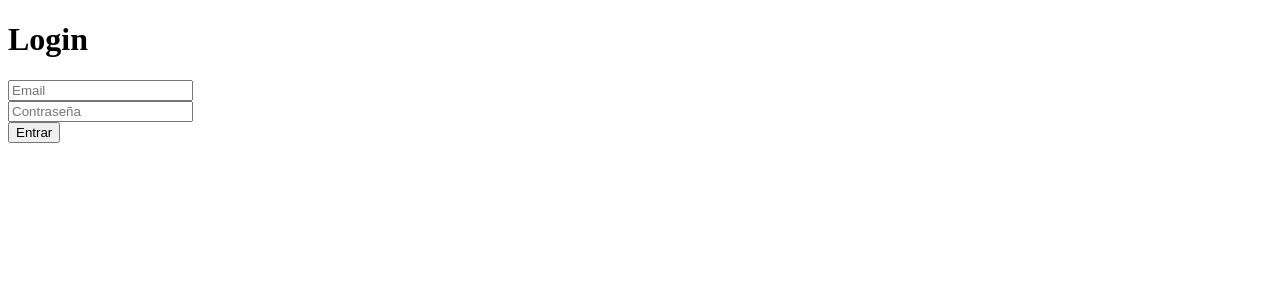
Repository: LazaroRicardo/WORKSPACE
Page: http://localhost/ProyectoMVC2/login.jsp
An editor plug-in stored every save of this project. The page is shown before and after the next save, followed by the edit.
The browser window is 1280 px wide. The pictures show the whole page.
The page is served by Tomcat 9. Other server files are loaded and not shown.

Above is the page before, as saved 2018-11-14 09:33:06.

### javaweb/ProyectoMVC2/WebContent/login.jsp
<%@ page language="java" contentType="text/html; charset=UTF-8"
    pageEncoding="UTF-8"%>
<!DOCTYPE html>
<html>
<head>
<meta charset="UTF-8">
<title>Insert title here</title>
</head>
<body>

	<h1>Login</h1>
	<form action="">
		<div><input type="email" placeholder="Email" id="" name="" required /></div>
		<div><input type="password" placeholder="Contraseña" id="" name="" required /></div>
		<div>
			<button>Entrar</button>
		</div>
	</form>

</body>
</html>

### javaweb/ProyectoMVC2/WebContent/css/style.css
body{
	margin:0;
	padding:0;
	font-family:verdana;
	font-size:30px;
	display:block;
	text-align:center;
	color:fuchsia;
	background-color:aqua;
}
h1{
	font-size:2em;
}

ul{
	list-style:none;
	margin:0;
	padding:0;

}

ul>li div{
	display: inline-block;
	margin:1em;
}

After the next save:
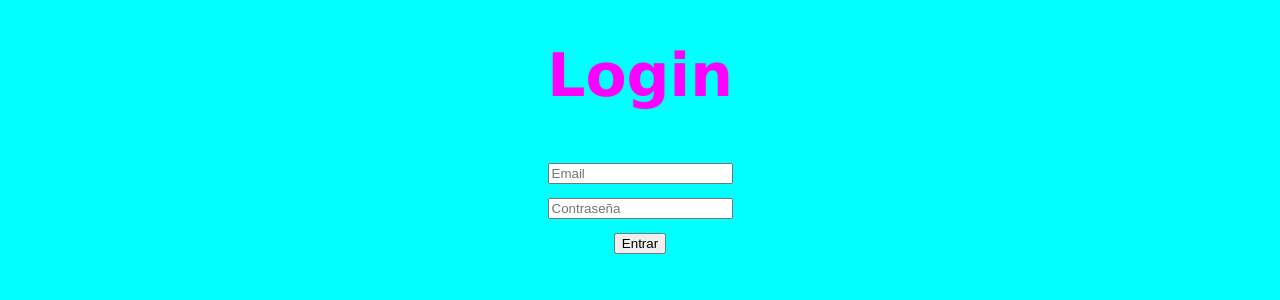
Saved 19 s later.
--- a/javaweb/ProyectoMVC2/WebContent/login.jsp
+++ b/javaweb/ProyectoMVC2/WebContent/login.jsp
@@ -5,6 +5,7 @@
 <head>
 <meta charset="UTF-8">
 <title>Insert title here</title>
+<link href="./css/style.css" rel="stylesheet">
 </head>
 <body>
 
